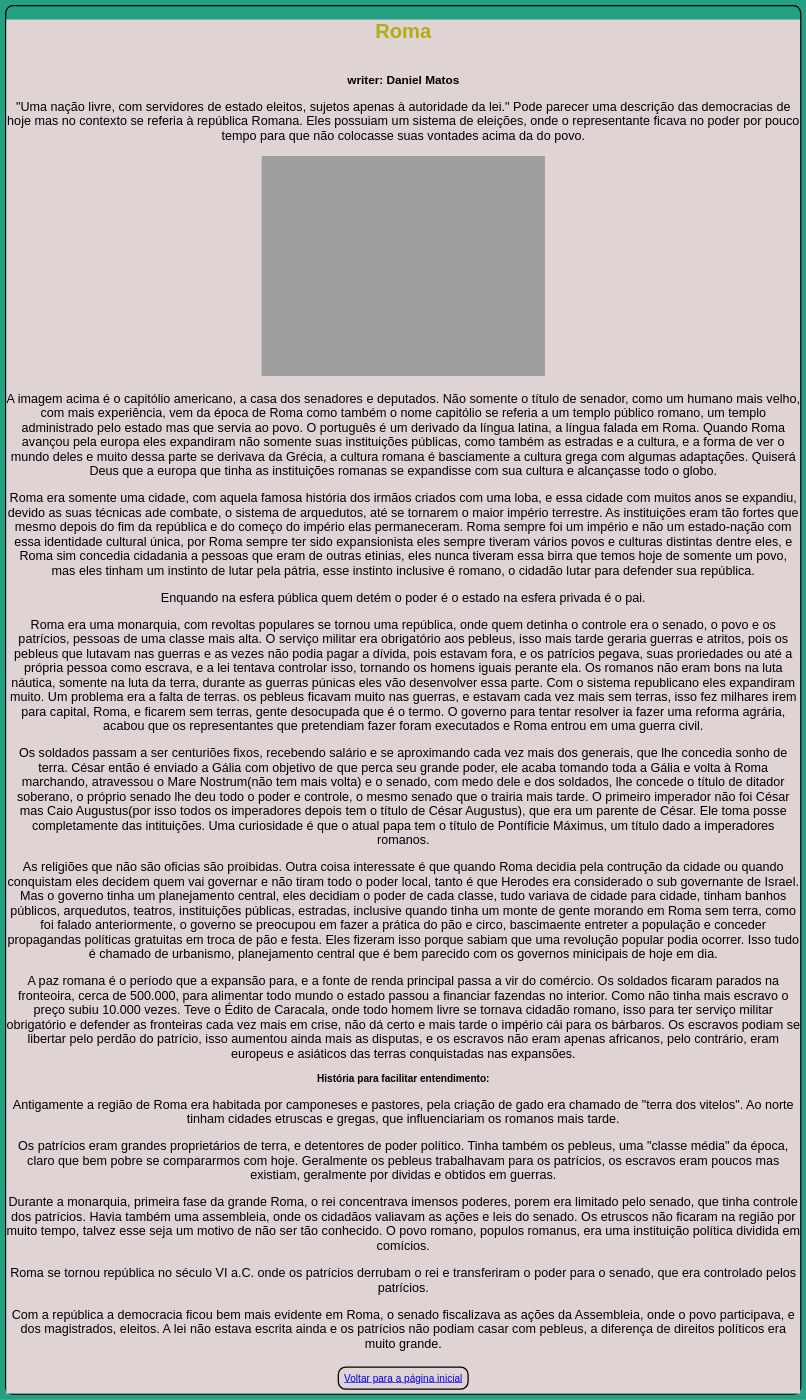
Repository: batmit/FutureFundation.github.io-1
Page: menu/articles/history/ancient/rome/rome1.html
The author's editor kept a copy of each file at every save. The page is drawn from the files as they stood at one save, then again after the next save.
The browser window is 1280 px wide. The pictures show the whole page, at 63% of full size.
Pictures or frames that could not be fetched are drawn as grey boxes.

Above is the page before, as saved 2021-10-03 17:45:39.

### menu/articles/history/ancient/rome/rome1.html
<!DOCTYPE html>
<html lang="pt-BR">
<head>
    <meta charset="UTF-8">
    <meta http-equiv="X-UA-Compatible" content="IE=edge">
    <meta name="viewport" content="width=device-width, initial-scale=1.0">
    <title>Roma</title>
    <link rel="stylesheet" href="/menu/main.css">
</head>
<body>
    <div id="all">
        <header>
            <h1>Roma</h1>
            <h3>writer: Daniel Matos</h3>
        </header>
        <p>"Uma nação livre, com servidores de estado eleitos, sujetos apenas à autoridade da lei." Pode parecer uma descrição das democracias de hoje mas no contexto se referia à república Romana. Eles possuiam um sistema de eleições, onde o representante ficava no poder por pouco tempo para que não colocasse suas vontades acima da do povo. </p>

        <img width="450px" height="350px"  src="https://external-content.duckduckgo.com/iu/?u=https%3A%2F%2Ftse3.mm.bing.net%2Fth%3Fid%3DOIP.0tnyos39eOGvL0Q32vaQgwHaER%26pid%3DApi&f=1" alt="capitólio americano">

        <p>A imagem acima é o capitólio americano, a casa dos senadores e deputados. Não somente o título de senador, como um humano mais velho, com mais experiência, vem da época de Roma como também o nome capitólio se referia a um templo público romano, um templo administrado pelo estado mas que servia ao povo. O português é um derivado da língua latina, a língua falada em Roma. Quando Roma avançou pela europa eles expandiram não somente suas instituições públicas, como também as estradas e a cultura, e a forma de ver o mundo deles e muito dessa parte se derivava da Grécia, a cultura romana é basciamente a cultura grega com algumas adaptações. Quiserá Deus que a europa que tinha as instituições romanas se expandisse com sua cultura e alcançasse todo o globo. </p>

        <p>Roma era somente uma cidade, com aquela famosa história dos irmãos criados com uma loba, e essa cidade com muitos anos se expandiu, devido as suas técnicas ade combate, o sistema de arquedutos, até se tornarem o maior império terrestre. As instituições eram tão fortes que mesmo depois do fim da república e do começo do império elas permaneceram. Roma sempre foi um império e não um estado-nação com essa identidade cultural única, por Roma sempre ter sido expansionista eles sempre tiveram vários povos e culturas distintas dentre eles, e Roma sim concedia cidadania a pessoas que eram de outras etinias, eles nunca tiveram essa birra que temos hoje de somente um povo, mas eles tinham um instinto de lutar pela pátria, esse instinto inclusive é romano, o cidadão lutar para defender sua república.</p>

        <p>Enquando na esfera pública quem detém o poder é o estado na esfera privada é o pai. </p>

        <p>Roma era uma monarquia, com revoltas populares se tornou uma república, onde quem detinha o controle era o senado, o povo e os patrícios, pessoas de uma classe mais alta. O serviço militar era obrigatório aos pebleus, isso mais tarde geraria guerras e atritos, pois os pebleus que lutavam nas guerras e as vezes não podia pagar a dívida, pois estavam fora, e os patrícios pegava, suas proriedades ou até a própria pessoa como escrava, e a lei tentava controlar isso, tornando os homens iguais perante ela. Os romanos não eram bons na luta náutica, somente na luta da terra, durante as guerras púnicas eles vão desenvolver essa parte. Com o sistema republicano eles expandiram muito. Um problema era a falta de terras. os pebleus ficavam muito nas guerras, e estavam cada vez mais sem terras, isso fez milhares irem para capital, Roma, e ficarem sem terras, gente desocupada que é o termo. O governo para tentar resolver ia fazer uma reforma agrária, acabou que os representantes que pretendiam fazer foram executados e Roma entrou em uma guerra civil. </p>

        <p>Os soldados passam a ser centuriões fixos, recebendo salário e se aproximando cada vez mais dos generais, que lhe concedia sonho de terra. César então é enviado a Gália com objetivo de que perca seu grande poder, ele acaba tomando toda a Gália e volta à Roma marchando, atravessou o Mare Nostrum(não tem mais volta) e o senado, com medo dele e dos soldados, lhe concede o título de ditador soberano, o próprio senado lhe deu todo o poder e controle, o mesmo senado que o trairia mais tarde. O primeiro imperador não foi César mas Caio Augustus(por isso todos os imperadores depois tem o título de César Augustus), que era um parente de César. Ele toma posse completamente das intituições. Uma curiosidade é que o atual papa tem o título de Pontíficie Máximus, um título dado a imperadores romanos.  </p>

        <p>As religiões que não são oficias são proibidas. Outra coisa interessate é que quando Roma decidia pela contrução da cidade ou quando conquistam eles decidem quem vai governar e não tiram todo o poder local, tanto é que Herodes era considerado o sub governante de Israel. Mas o governo tinha um planejamento central, eles decidiam o poder de cada classe, tudo variava de cidade para cidade, tinham banhos públicos, arquedutos, teatros, instituições públicas, estradas, inclusive quando tinha um monte de gente morando em Roma sem terra, como foi falado anteriormente, o governo se preocupou em fazer a prática do pão e circo, bascimaente entreter a população e conceder propagandas políticas gratuitas em troca de pão e festa. Eles fizeram isso porque sabiam que uma revolução popular podia ocorrer. Isso tudo é chamado de urbanismo, planejamento central que é bem parecido com os governos minicipais de hoje em dia.</p>

        <p>A paz romana é o período que a expansão para, e a fonte de renda principal passa a vir do comércio. Os soldados ficaram parados na fronteoira, cerca de 500.000, para alimentar todo mundo o estado passou a financiar fazendas no interior. Como não tinha mais escravo o preço subiu 10.000 vezes. Teve o Édito de Caracala, onde todo homem livre se tornava cidadão romano, isso para ter serviço militar obrigatório e defender as fronteiras cada vez mais em crise, não dá certo e mais tarde o império cái para os bárbaros. Os escravos podiam se libertar pelo perdão do patrício, isso aumentou ainda mais as disputas, e os escravos não eram apenas africanos, pelo contrário, eram europeus e asiáticos das terras conquistadas nas expansões. </p>

        <strong>História para facilitar entendimento: </strong>

        <p>Antigamente a região de Roma era habitada por camponeses e pastores, pela criação de gado era chamado de "terra dos vitelos". Ao norte tinham cidades etruscas e gregas, que influenciariam os romanos mais tarde. </p>
        <p>Os patrícios eram grandes proprietários de terra, e detentores de poder político. Tinha também os pebleus, uma "classe média" da época, claro que bem pobre se compararmos com hoje. Geralmente os pebleus trabalhavam para os patrícios, os escravos eram poucos mas existiam, geralmente por dividas e obtidos em guerras. </p>
        <p>Durante a monarquia, primeira fase da grande Roma, o rei concentrava imensos poderes, porem era limitado pelo senado, que tinha controle dos patrícios. Havia também uma assembleia, onde os cidadãos valiavam as ações e leis do senado. Os etruscos não ficaram na região por muito tempo, talvez esse seja um motivo de não ser tão conhecido. O povo romano, populos romanus, era uma instituição política dividida em comícios. </p>
        <p>Roma se tornou república no século VI a.C. onde os patrícios derrubam o rei e transferiram o poder para o senado, que era controlado pelos patrícios. </p>
        <p>Com a república a democracia ficou bem mais evidente em Roma, o senado fiscalizava as ações da Assembleia, onde o povo participava, e dos magistrados, eleitos. A lei não estava escrita ainda e os patrícios não podiam casar com pebleus, a diferença de direitos políticos era muito grande. </p>


        <a href="/menu/articles/history/ancient/rome/rome_main.html">Voltar para a página inicial</a>
    </div>
</body>
</html>

### menu/main.css
body{

    text-align: center;

    border: black 2px solid;

    border-radius: 0.8rem;

    font-family: 'Ubuntu', arial;

    background-color: rgb(36, 161, 130);


}

#articles {
    gap: 3px;
}

#all{

    background-color: rgb(223, 211, 211);

}


#codigo{
    text-align:left;

}


img{
    text-align: center;
    justify-content: center;

}

p{
    font-size: 20px;
    font-family: 'Ubuntu', arial;
}

a{
    border: 2px solid black;

    border-radius: 0.8rem;

    box-sizing: border-box;

    padding: 0.5rem;

    line-height:3rem;

    margin: 2px;


}

a:hover{

    background-color:#F0FFFF;

}

h1{

    margin-bottom: 3rem;

    color: rgb(177, 174, 17);

}

audio {
    -webkit-transition:all 0.5s linear;
    -moz-transition:all 0.5s linear;
    -o-transition:all 0.5s linear;
    transition:all 0.5s linear;
    -moz-box-shadow: 2px 2px 4px 0px #006773;
    -webkit-box-shadow:  2px 2px 4px 0px #006773;
    box-shadow: 2px 2px 4px 0px #006773;
    -moz-border-radius:7px 7px 7px 7px ;
    -webkit-border-radius:7px 7px 7px 7px ;
    border-radius:7px 7px 7px 7px ;
}

audio:hover, audio:focus, audio:active {

-webkit-box-shadow: 15px 15px 20px rgba(0,0, 0, 0.4);
-moz-box-shadow: 15px 15px 20px rgba(0,0, 0, 0.4);
box-shadow: 15px 15px 20px rgba(0,0, 0, 0.4);
-webkit-transform: scale(1.05);
-moz-transform: scale(1.05);
transform: scale(1.05);

}



@media (max-width: 900px) {


    a{

        display: block;
        line-height: 0.5rem;
        padding: 1rem;

    }

    #img{
        text-align: right;
    }

}

@media (prefers-color-scheme: dark) {
    #all{

        background-color: rgb(90, 73, 73);

    }

    h1{
        color: white
    }

    p{
        color: white;
    }

    a{
        background-color: aqua;
    }

    h3{
        color: white;
    }

    strong {
        color: white;
    }


}

After the next save:
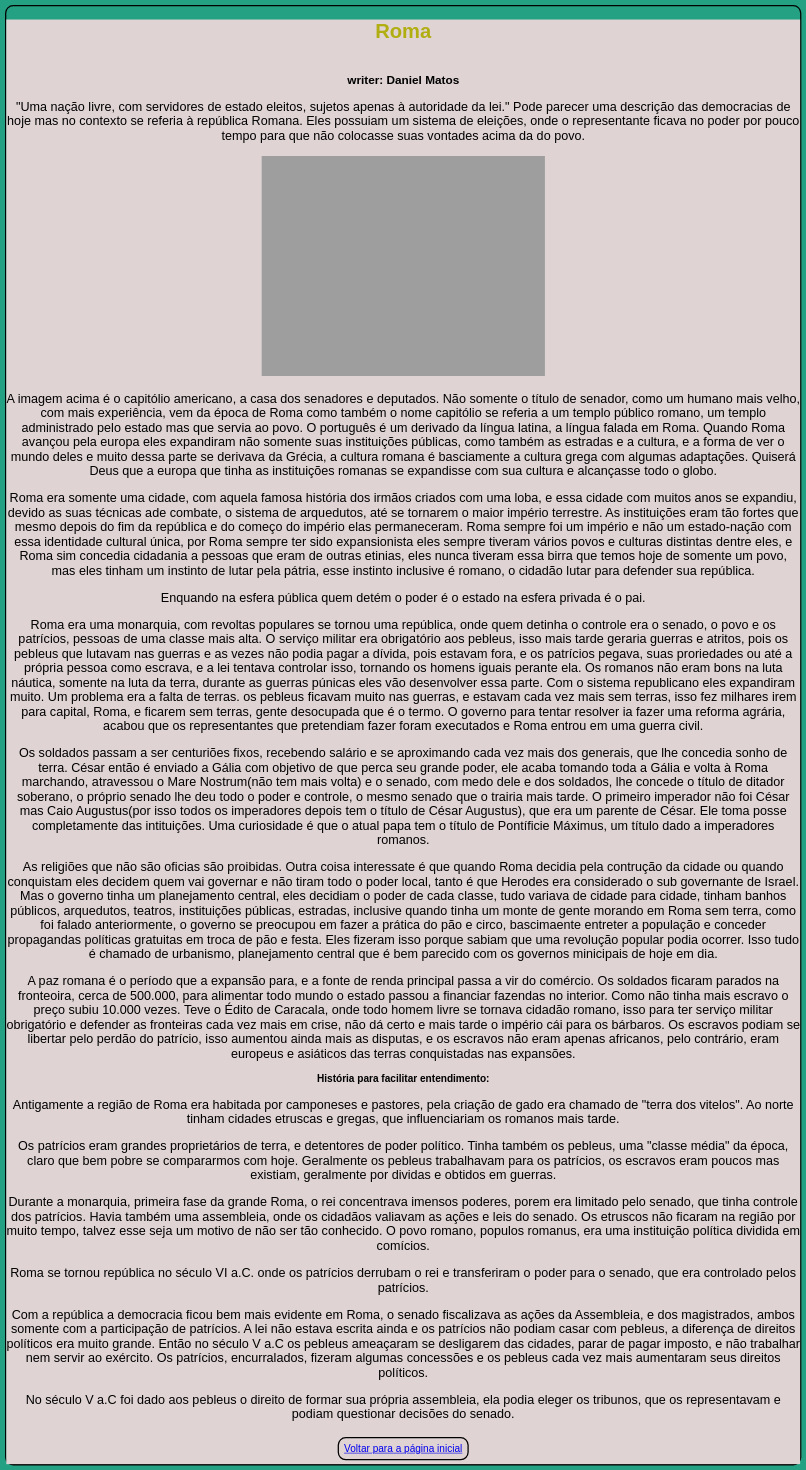
Saved 4 min 14 s later.
--- a/menu/articles/history/ancient/rome/rome1.html
+++ b/menu/articles/history/ancient/rome/rome1.html
@@ -37,7 +37,8 @@
         <p>Os patrícios eram grandes proprietários de terra, e detentores de poder político. Tinha também os pebleus, uma "classe média" da época, claro que bem pobre se compararmos com hoje. Geralmente os pebleus trabalhavam para os patrícios, os escravos eram poucos mas existiam, geralmente por dividas e obtidos em guerras. </p>
         <p>Durante a monarquia, primeira fase da grande Roma, o rei concentrava imensos poderes, porem era limitado pelo senado, que tinha controle dos patrícios. Havia também uma assembleia, onde os cidadãos valiavam as ações e leis do senado. Os etruscos não ficaram na região por muito tempo, talvez esse seja um motivo de não ser tão conhecido. O povo romano, populos romanus, era uma instituição política dividida em comícios. </p>
         <p>Roma se tornou república no século VI a.C. onde os patrícios derrubam o rei e transferiram o poder para o senado, que era controlado pelos patrícios. </p>
-        <p>Com a república a democracia ficou bem mais evidente em Roma, o senado fiscalizava as ações da Assembleia, onde o povo participava, e dos magistrados, eleitos. A lei não estava escrita ainda e os patrícios não podiam casar com pebleus, a diferença de direitos políticos era muito grande. </p>
+        <p>Com a república a democracia ficou bem mais evidente em Roma, o senado fiscalizava as ações da Assembleia, e dos magistrados, ambos somente com a participação de patrícios. A lei não estava escrita ainda e os patrícios não podiam casar com pebleus, a diferença de direitos políticos era muito grande. Então no século V a.C os pebleus ameaçaram se desligarem das cidades, parar de pagar imposto, e não trabalhar nem servir ao exército. Os patrícios, encurralados, fizeram algumas concessões e os pebleus cada vez mais aumentaram seus direitos políticos. </p>
+        <p>No século V a.C foi dado aos pebleus o direito de formar sua própria assembleia, ela podia eleger os tribunos, que os representavam e podiam questionar decisões do senado. </p>
 
 
         <a href="/menu/articles/history/ancient/rome/rome_main.html">Voltar para a página inicial</a>
